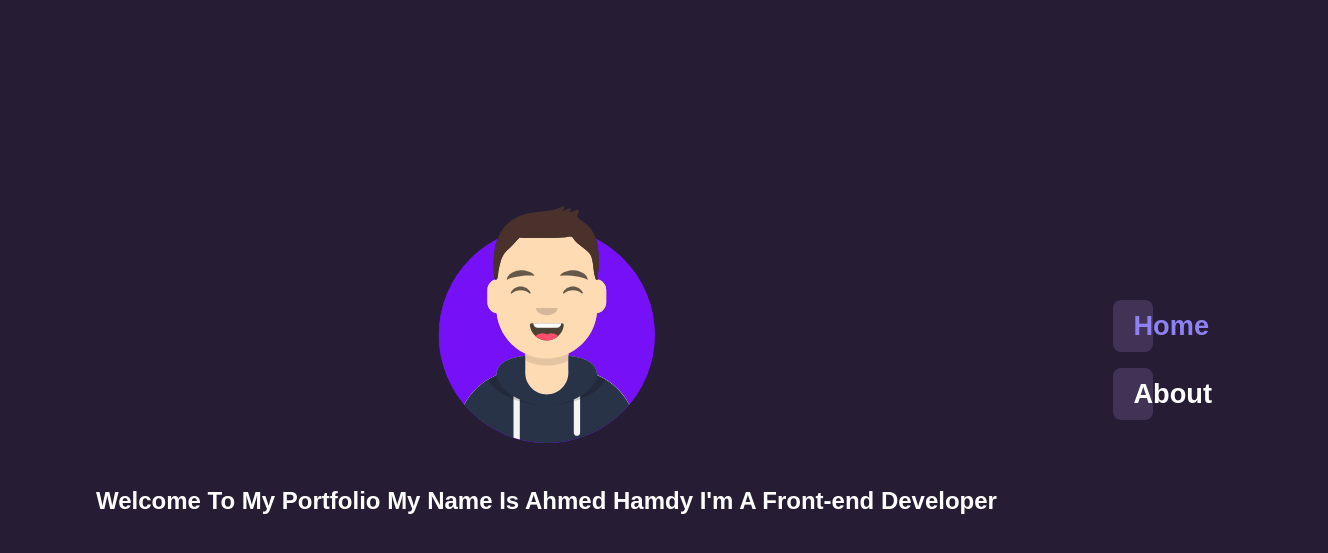
Repository: ahamdy997/portfolio
Page: /
An editor plug-in stored every save of this project. The page is shown before and after a run of saves, followed by the edit.
The browser window is 1280 px wide. The page is 1280 px wide, then 1328 px, then 1280 px, so the pictures cover 1328 px, including what lies to the right of the window. The pictures show the whole page.
The project was rebuilt for these pictures with package versions that can differ from the ones it lists, and the page was loaded fresh each time. Also part of the build but not shown: vue.config.js.

Above is the page before, as saved 2023-11-05 23:05:01.

### src/App.vue
<template>
  <div class="flex">
    <router-view />
    <header>
      <nav>
        <router-link to="/">Home</router-link>
        <router-link to="/about">About</router-link>
      </nav>
    </header>
  </div>
</template>

<style>
* {
  box-sizing: border-box;
  padding: 0;
  margin: 0;
}
#app {
  width: 100%;
  height: 100vh;
  display: flex;
  /* align-items: center; */
  justify-content: space-between;
  text-align: center;
}
.flex {
  display: flex;
  align-items: center;
  justify-content: space-between;
  padding: 3rem;
  gap: 5rem;
  width: 100%;
  margin-left: 3rem;
}
header {
  font-size: 1.7rem;
}

nav {
  text-align: center;
  display: flex;
  flex-direction: column;
  gap: 1rem;
  width: 20%;
}
body {
  font-family: sans-serif;
  background: #261c33;
  color: #fff;
  width: 100vw;
}
nav a {
  font-weight: bold;
  color: #fff;
  text-decoration: none;
  border-radius: 8px;
  background-color: #56447092;
  padding: 10px 20px;
}
a:hover {
  color: rgba(137, 147, 200, 0.7);
}

nav a.router-link-exact-active {
  color: #8d81f3;
}
</style>

### src/views/HomeView.vue
<template>
  <div class="home">
    <img src="../assets/mf-avatar.svg" alt="happy person" />
    <HelloWorld msg="Welcome to Your Vue.js App" />
  </div>
</template>

<script>
// @ is an alias to /src
import HelloWorld from "@/components/HelloWorld.vue";

export default {
  name: "HomeView",
  components: {
    HelloWorld,
  },
};
</script>
<style scoped>
img {
  margin-bottom: 40px;
}
</style>

### src/components/HelloWorld.vue
<template>
  <div class="hello">
    <h2>
      Welcome To My Portfolio My Name Is Ahmed Hamdy I'm A Front-end Developer
    </h2>
  </div>
</template>

<script>
export default {
  name: "HelloWorld",
  props: {
    msg: String,
  },
};
</script>

<!-- Add "scoped" attribute to limit CSS to this component only -->
<style scoped>
.hello {
  margin: auto;
}
a {
  color: #42b983;
}
</style>

Loaded but not shown: public/index.html (common file); src/main.js (common file); src/router/index.js (common file)

After the next 2 saves:
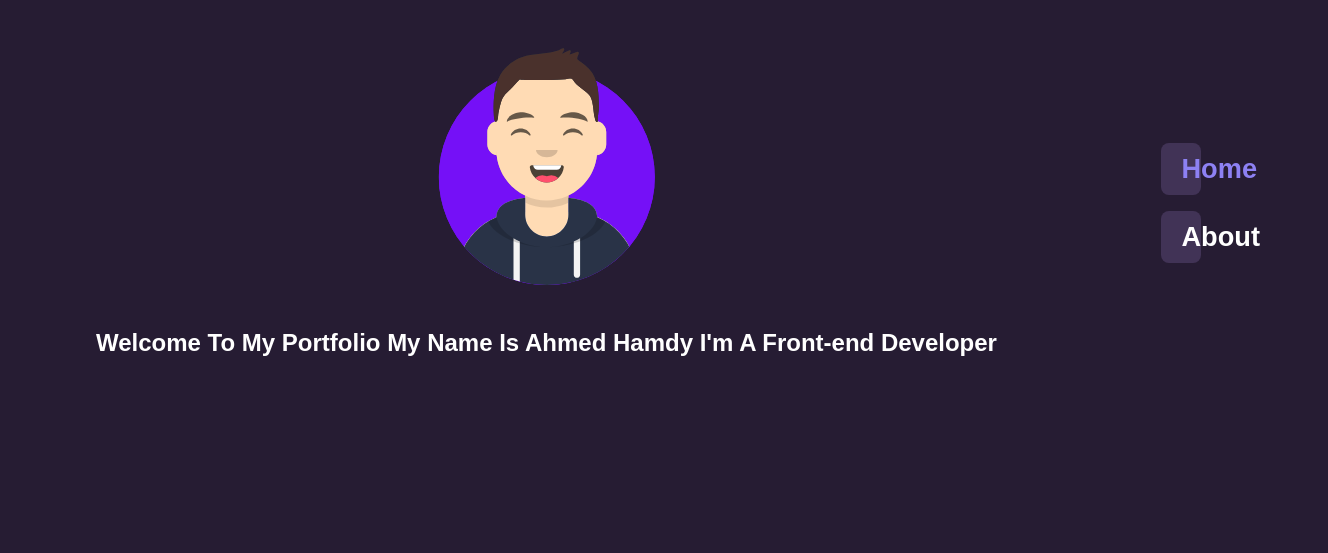
The 2 saves are shown as one change because they came seconds apart.
The last was saved 9 s later.
--- a/src/App.vue
+++ b/src/App.vue
@@ -19,9 +19,9 @@
 #app {
   width: 100%;
   height: 100vh;
-  display: flex;
+  /* display: flex; */
   /* align-items: center; */
-  justify-content: space-between;
+  /* justify-content: space-between; */
   text-align: center;
 }
 .flex {

After the 2 saves that followed:
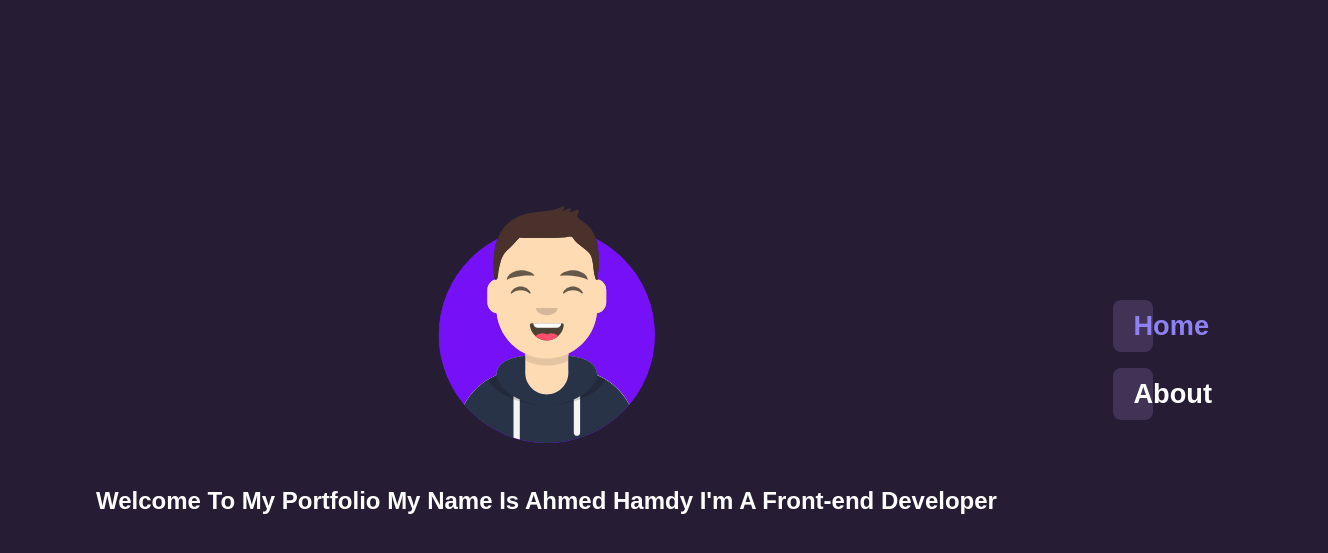
The 2 saves are shown as one change because 1 did not build or start.
The last was saved 15 s later.
--- a/src/App.vue
+++ b/src/App.vue
@@ -19,9 +19,9 @@
 #app {
   width: 100%;
   height: 100vh;
-  /* display: flex; */
-  /* align-items: center; */
-  /* justify-content: space-between; */
+  display: flex;
+  align-items: center;
+  justify-content: space-between;
   text-align: center;
 }
 .flex {
@@ -49,6 +49,9 @@ body {
   background: #261c33;
   color: #fff;
   width: 100vw;
+  display: flex;
+  align-items: center;
+  justify-content: space-between;
 }
 nav a {
   font-weight: bold;
